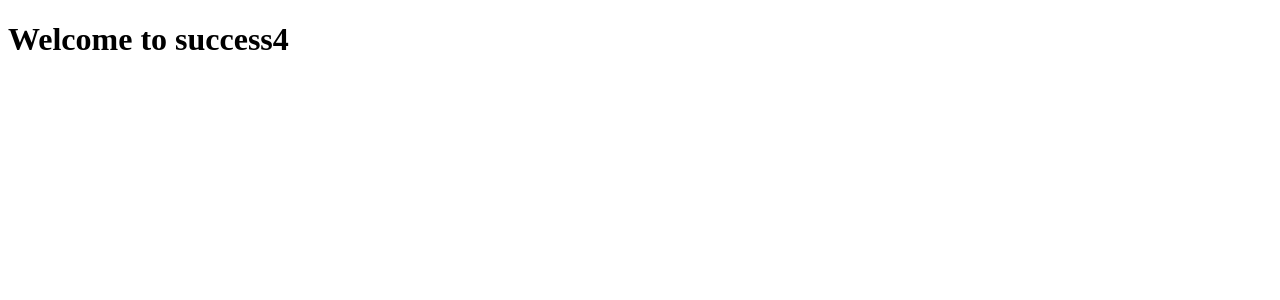
Repository: cjwarrior7/Ust_training2-of-eclipse
Page: http://localhost/SpringMVCDemo1.0/link4
An editor plug-in stored every save of this project. The page is shown before and after the next save, followed by the edit.
The browser window is 1280 px wide. The pictures show the whole page.
The page is served by Tomcat 9. Other server files are loaded and not shown.

Above is the page before, as saved 2020-01-16 17:16:18.

### eclipse-workspace/SpringMVCDemo1.0/WebContent/WEB-INF/dispatcher-servlet.xml
<?xml version="1.0" encoding="UTF-8"?>
<beans xmlns="http://www.springframework.org/schema/beans"
    xmlns:xsi="http://www.w3.org/2001/XMLSchema-instance"
    xmlns:p="http://www.springframework.org/schema/p"
    xmlns:context="http://www.springframework.org/schema/context"
    xsi:schemaLocation="http://www.springframework.org/schema/beans
http://www.springframework.org/schema/beans/spring-beans-3.0.xsd
http://www.springframework.org/schema/context
http://www.springframework.org/schema/context/spring-context-3.0.xsd">

	<context:component-scan base-package="com.company.spring"></context:component-scan>

	<bean class="org.springframework.web.servlet.view.InternalResourceViewResolver">
	<property name="prefix" value="/WEB-INF/view/"></property>
	<property name="suffix" value=".jsp"></property>
	</bean>

	</beans>

### eclipse-workspace/SpringMVCDemo1.0/WebContent/WEB-INF/view/success4.jsp
<%@ page language="java" contentType="text/html; charset=UTF-8"
    pageEncoding="UTF-8"%>
<!DOCTYPE html>
<html>
<head>
<meta charset="UTF-8">
<title>Insert title here</title>
</head>
<body>
<h1>Welcome to success4</h1>
</body>
</html>

### eclipse-workspace/SpringMVCDemo1.0/src/com/company/spring/MyController.java
package com.company.spring;

import org.springframework.stereotype.Component;
import org.springframework.web.bind.annotation.RequestMapping;
import org.springframework.web.servlet.ModelAndView;

@Component
@RequestMapping("/")
public class MyController {
	@RequestMapping("/login")
	public  String m1() {
		return "success1";

	}
	@RequestMapping("/register")
	public ModelAndView m2() {
		return new ModelAndView("success2");

	}
	@RequestMapping("/profile")
	public ModelAndView m3() {
		return new ModelAndView("success3","data","data from controller");
	}
	@RequestMapping("/link4")
	public ModelAndView m4() {
		DTO dto=new DTO();
		dto.setId(123);
		dto.setName("test1");
		return new ModelAndView("success4","dto",dto);
	}


}

### eclipse-workspace/SpringMVCDemo1.0/src/com/company/spring/DTO.java
package com.company.spring;

public class DTO {
	int id;
	String name;
	public int getId() {
		return id;
	}
	public void setId(int id) {
		this.id = id;
	}
	public String getName() {
		return name;
	}
	public void setName(String name) {
		this.name = name;
	}


}

After the next save:
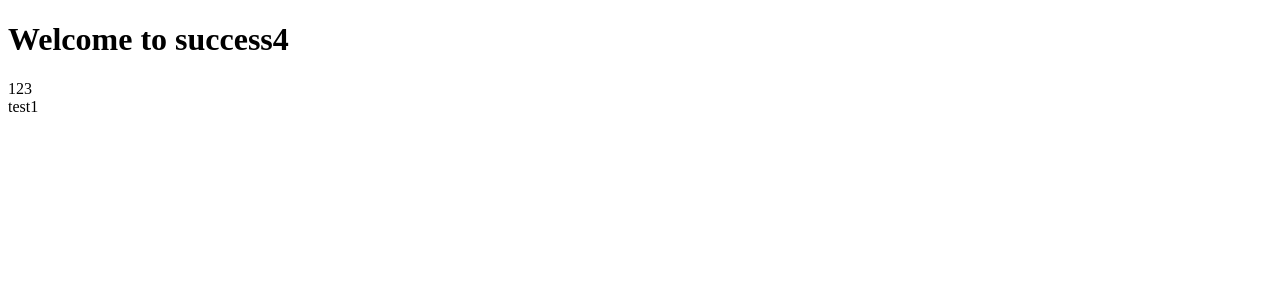
Saved 2 min 31 s later.
--- a/eclipse-workspace/SpringMVCDemo1.0/WebContent/WEB-INF/view/success4.jsp
+++ b/eclipse-workspace/SpringMVCDemo1.0/WebContent/WEB-INF/view/success4.jsp
@@ -8,5 +8,7 @@
 </head>
 <body>
 <h1>Welcome to success4</h1>
+${dto.getId() }<br>
+${dto.getName() }
 </body>
 </html>
